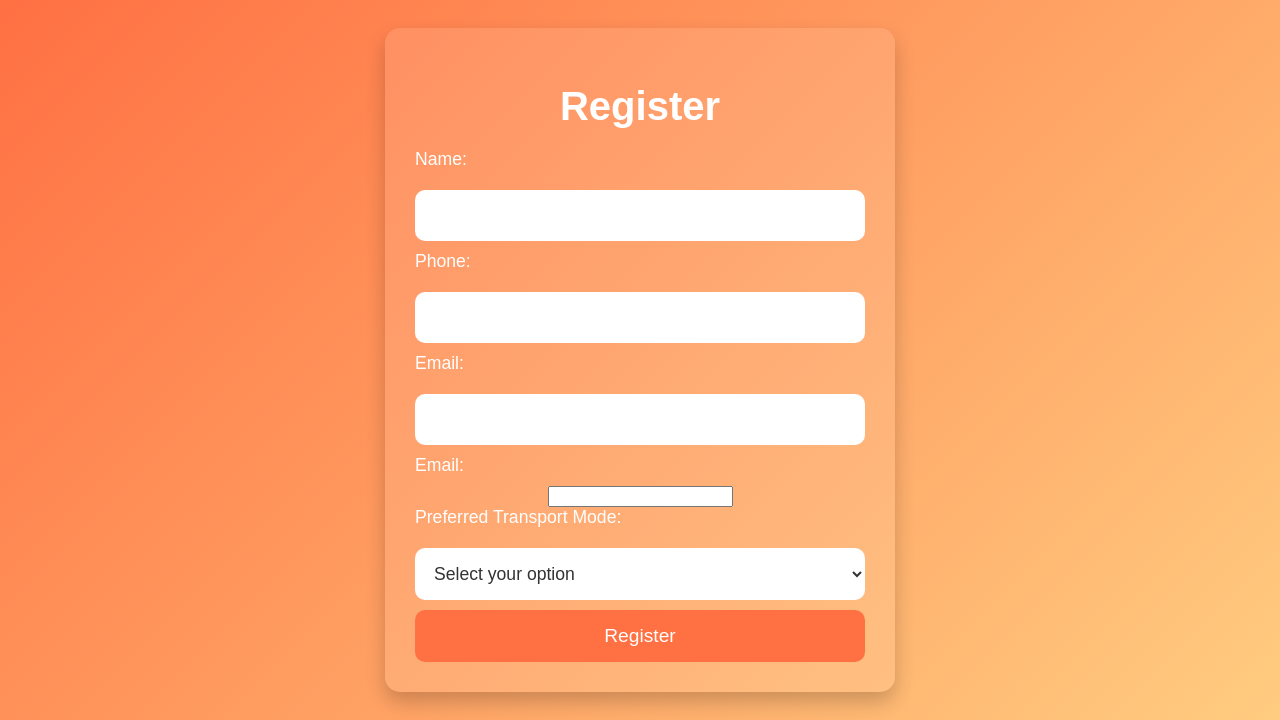
Repository: harutoNaiz/urban-mobility-system
Page: http://localhost/register
The author's editor kept a copy of each file at every save. The page is drawn from the files as they stood at one save, then again after a run of saves.
The browser window is 1280 px wide. The pictures show the whole page.
The page is served by the project's application, run on Flask 3 (app.py).

Above is the page before, as saved 2024-11-13 09:29:40.

### templates/register.html
{% if session.get('user_id') %}
    {% include 'navbar1.html' %}
{% endif %}

<!DOCTYPE html>
<html lang="en">
<head>
    <meta charset="UTF-8">
    <meta name="viewport" content="width=device-width, initial-scale=1.0">
    <title>Register</title>
    <style>
        body {
            font-family: 'Arial', sans-serif;
            background: linear-gradient(135deg, #FF7043, #FFCC80);
            margin: 0;
            padding: 0;
            height: 100vh;
            display: flex;
            justify-content: center;
            align-items: center;
            color: #fff;
        }

        .container {
            background: rgba(255, 255, 255, 0.1);
            padding: 30px;
            border-radius: 15px;
            box-shadow: 0 10px 20px rgba(0, 0, 0, 0.2);
            width: 100%;
            max-width: 450px;
            text-align: center;
        }

        h1 {
            font-size: 2.5rem;
            margin-bottom: 20px;
            color: #fff;
        }

        label {
            font-size: 1.1rem;
            display: block;
            margin-bottom: 10px;
            text-align: left;
            color: #fff;
        }

        input[type="text"],
        input[type="email"],
        select,
        textarea {
            width: 100%;
            padding: 15px;
            margin: 10px 0;
            font-size: 1.1rem;
            border: none;
            border-radius: 10px;
            background-color: #fff;
            color: #333;
            box-sizing: border-box;
        }

        textarea {
            height: 100px;
        }

        button {
            width: 100%;
            padding: 15px;
            background-color: #FF7043;
            color: #fff;
            font-size: 1.2rem;
            border: none;
            border-radius: 10px;
            cursor: pointer;
            transition: background-color 0.3s ease;
        }

        button:hover {
            background-color: #F4511E;
        }

        p {
            margin-top: 20px;
            color: #fff;
        }

        a {
            color: #FFCC80;
            text-decoration: none;
            font-weight: bold;
        }

        a:hover {
            color: #fff;
        }
    </style>
</head>
<body>
    <div class="container">
        <h1>Register</h1>
        <form method="POST">
            <label for="name">Name:</label>
            <input type="text" id="name" name="name" required><br>

            <label for="phone">Phone:</label>
            <input type="text" id="phone" name="phone" required><br>

            <label for="email">Email:</label>
            <input type="email" id="email" name="email" required><br>

            <label for="password">Email:</label>
            <input type="password" id="password" name="password" required><br>

            <label for="preferred_transport">Preferred Transport Mode:</label>
            <select id="preferred_transport" name="preferred_transport" required>
                <option value="" disabled selected>Select your option</option>
                <option value="Bus">Bus</option>
                <option value="Metro">Metro</option>
                <option value="Ride-Share">Ride-Share</option>
                <option value="Bike-Share">Bike-Share</option>
            </select><br>

            <button type="submit">Register</button>
        </form>
    </div>
</body>
</html>

### app.py
from flask import Flask, render_template, request, redirect, url_for, jsonify, session
import pymysql
import json

# Import database config
# config.py
DB_CONFIG = {
    'host': 'localhost',
    'user': 'root',
    'password': '',
    'db': 'urban_mobility1',
    'charset': 'utf8mb4',
    'cursorclass': pymysql.cursors.DictCursor
}

app = Flask(__name__)
app.secret_key = 'your_secret_key'  # Set a secret key for the session

# Connect to the MySQL database
def get_db_connection():
    return pymysql.connect(**DB_CONFIG)

@app.route('/')
def index():
    return redirect(url_for('sign_in'))

# Sign-in page for existing users
@app.route('/sign_in', methods=['GET', 'POST'])
def sign_in():
    if request.method == 'POST':
        email = request.form['email']
        password = request.form['password']
        connection = get_db_connection()
        with connection.cursor() as cursor:
            cursor.execute("""
                SELECT * FROM Users
                WHERE JSON_UNQUOTE(JSON_EXTRACT(ContactInfo, '$.Email')) = %s
                AND Password = %s
            """, (email, password))

            user = cursor.fetchone()
        connection.close()

        if user:
            # Store the user ID in the session
            session['user_id'] = user['UserID']
            # Redirect to route selection page
            return redirect(url_for('select_route'))
        else:
            return "User not found", 404

    return render_template('sign_in.html')

# Register a new user
@app.route('/register', methods=['GET', 'POST'])
def register_user():
    if request.method == 'POST':
        name = request.form['name']
        phone = request.form['phone']
        email = request.form['email']
        password = request.form['password']
        preferred_transport = request.form['preferred_transport']
        commuting_pattern = request.form['commuting_pattern']

        # Create ContactInfo JSON
        contact_info = json.dumps({
            'Phone': phone,
            'Email': email,
            'Password': password
        })

        connection = get_db_connection()
        with connection.cursor() as cursor:
            sql = "INSERT INTO Users (Name, ContactInfo, PreferredTransportMode, CommutingPattern) VALUES (%s, %s, %s, %s)"
            cursor.execute(sql, (name, contact_info, preferred_transport, commuting_pattern))
            new_user_id = cursor.lastrowid
            connection.commit()
        connection.close()

        # Store the new user ID in the session
        session['user_id'] = new_user_id

        # Redirect to the route selection page
        return redirect(url_for('select_route'))

    return render_template('register.html')

# Route selection with congestion suggestion
@app.route('/select_route', methods=['GET', 'POST'])
def select_route():
    # Get the user ID from the session
    user_id = session.get('user_id')

    if request.method == 'POST':
        route_id = request.form['route_id']

        # Check congestion level for the selected route
        connection = get_db_connection()
        with connection.cursor() as cursor:
            cursor.execute("SELECT CheckTrafficWarning(%s) AS traffic_warning", (route_id,))
            traffic_warning = cursor.fetchone()['traffic_warning']
        connection.close()

        if traffic_warning:
            return render_template('congestion_warning.html', traffic_warning=traffic_warning, route_id=route_id, user_id=user_id)
        else:
            return redirect(url_for('suggest_routes', route_id=route_id, user_id=user_id))

    # Fetch available routes for user
    connection = get_db_connection()
    with connection.cursor() as cursor:
        cursor.execute("SELECT * FROM Routes")
        routes = cursor.fetchall()
    connection.close()

    return render_template('select_route.html', routes=routes, user_id=user_id)

# Handle budget input and show options
@app.route('/suggest_routes', methods=['POST'])
def suggest_routes():
    # Get the user ID from the session
    user_id = session.get('user_id')

    if not user_id:
        return jsonify({'message': 'User not authenticated.'}), 401

    budget = float(request.form['budget'])
    route_id = int(request.form['route_id'])

    connection = get_db_connection()
    with connection.cursor() as cursor:
        sql = """
        SELECT Journeys.JourneyID, Journeys.TransportModeID, MIN(JourneyCost) AS Cost
        FROM Journeys
        WHERE StartLocation = (SELECT StartPoint FROM Routes WHERE RouteID = %s)
        AND EndLocation = (SELECT EndPoint FROM Routes WHERE RouteID = %s)
        AND JourneyCost <= %s
        GROUP BY Journeys.JourneyID, Journeys.TransportModeID
        ORDER BY Cost
        """

        cursor.execute(sql, (route_id, route_id, budget))  # Ensure using %s placeholders here
        suggested_routes = cursor.fetchall()
    connection.close()

    return render_template('payment.html', suggested_routes=suggested_routes, user_id=user_id)


@app.route('/process_booking', methods=['POST'])
def process_booking():
    # Get the user ID from the session
    user_id = session.get('user_id')

    if not user_id:
        return jsonify({'message': 'User not authenticated.'}), 401

    transport_mode_id = int(request.form['transport_mode_id'])
    journey_cost = float(request.form['cost'])
    payment_method = request.form['payment_method']

    connection = get_db_connection()
    with connection.cursor() as cursor:
        # Check capacity
        cursor.execute("SELECT Capacity, CurrentOccupancy FROM TransportModes WHERE TransportModeID = %s", (transport_mode_id,))
        transport_mode = cursor.fetchone()

        if transport_mode['CurrentOccupancy'] < transport_mode['Capacity']:
            # Proceed with booking
            cursor.execute("""
            INSERT INTO Journeys (StartLocation, EndLocation, StartTime, JourneyCost, TransportModeID)
            VALUES ('Unknown Start', 'Unknown End', NOW(), %s, %s)
            """, (journey_cost, transport_mode_id))
            connection.commit()

            # Update occupancy
            cursor.execute("UPDATE TransportModes SET CurrentOccupancy = CurrentOccupancy + 1 WHERE TransportModeID = %s", (transport_mode_id,))
            connection.commit()

            # Record payment
            cursor.execute("""
            INSERT INTO Payments (UserID, ProviderID, Amount, PaymentDate, PaymentMethod, DiscountApplied)
            VALUES (%s, (SELECT ProviderID FROM TransportModes WHERE TransportModeID = %s), %s, NOW(), %s, 0)
            """, (user_id, transport_mode_id, journey_cost, payment_method))
            connection.commit()
        else:
            return jsonify({'message': 'Capacity exceeded. Booking failed.'}), 400

    connection.close()
    return jsonify({'message': 'Booking and payment successful!'}), 200

@app.route('/logout')
def logout():
    session.pop('user_id', None)  # Remove user ID from session
    return redirect(url_for('sign_in'))  # Redirect to sign-in page


if __name__ == '__main__':
    app.run(debug=True)

After the next 4 saves:
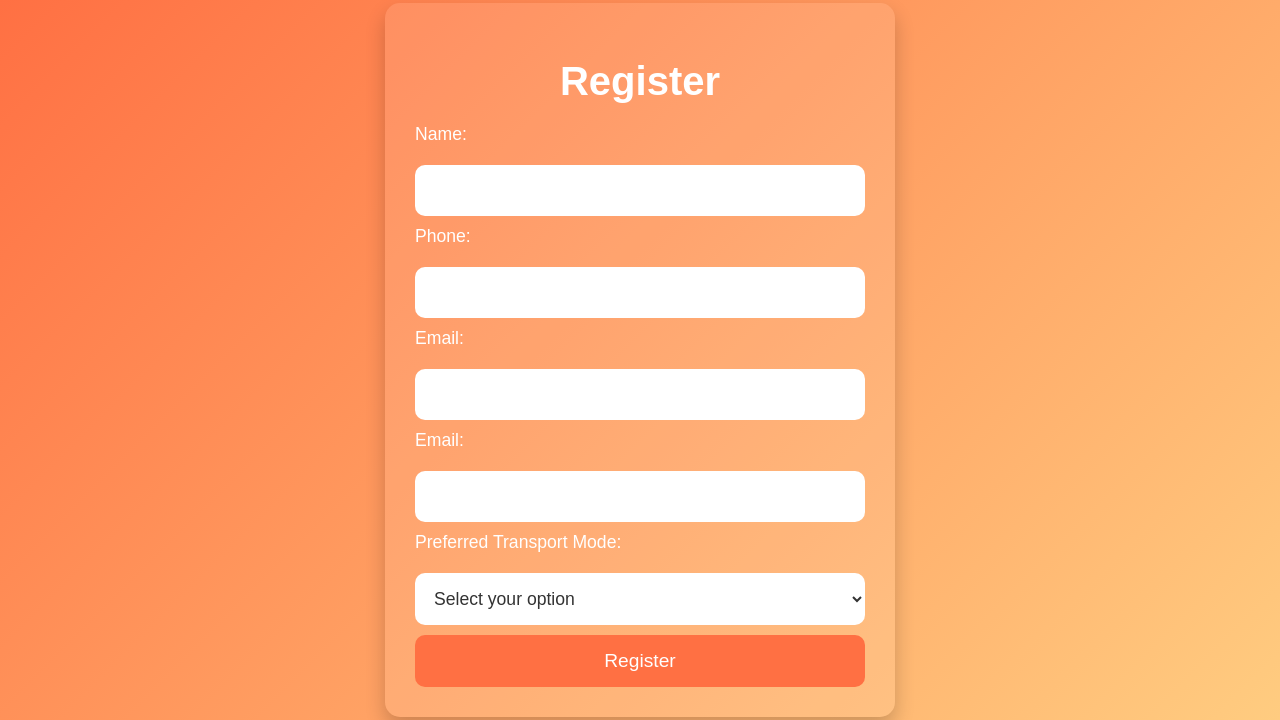
The 4 saves are shown as one change because they came seconds apart.
The last was saved 16 s later.
--- a/templates/register.html
+++ b/templates/register.html
@@ -47,6 +47,7 @@
 
         input[type="text"],
         input[type="email"],
+        input[type="password"],
         select,
         textarea {
             width: 100%;
